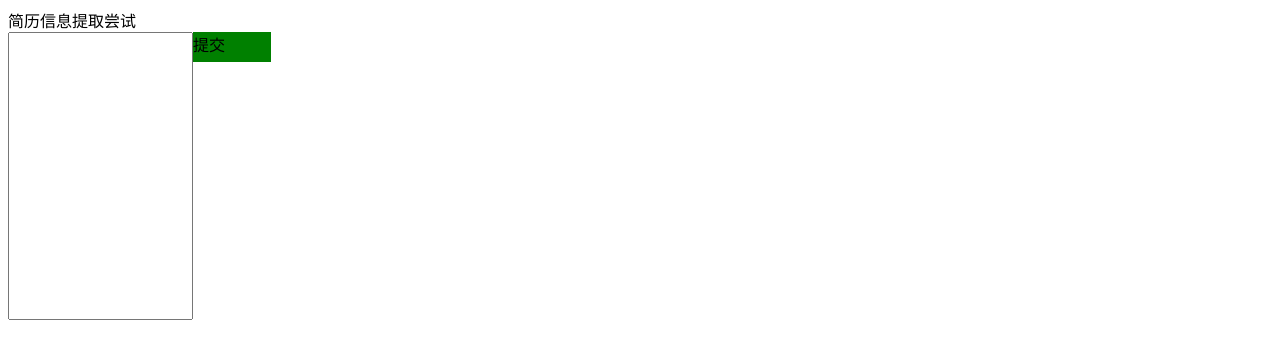
Repository: haohongyang1/cloud-music
Page: /
The author's editor kept a copy of each file at every save. The page is drawn from the files as they stood at one save, then again after the next save.
The browser window is 1280 px wide. The pictures show the whole page.
The project was rebuilt for these pictures with package versions that can differ from the ones it lists, and the page was loaded fresh each time.

Above is the page before, as saved 2023-07-10 14:37:48.

### src/App.js
import { GlobalStyle } from './style';

// import AnswerFromGpt from './components/AnswerFromGpt';
import ResumeInfoExtraction from './components/ResumeInfoExtraction';
function App() {
  return (
    <div className="App">
      <div>简历信息提取尝试</div>
    <ResumeInfoExtraction></ResumeInfoExtraction>
      {/* <div>1</div>
      <AnswerFromGpt></AnswerFromGpt> */}

    </div>
  );
}

export default App;

### src/style.js
import { createGlobalStyle } from 'styled-components';

export const GlobalStyle = createGlobalStyle`
	html, body, div, span, applet, object, iframe,
	h1, h2, h3, h4, h5, h6, p, blockquote, pre,
	a, abbr, acronym, address, big, cite, code,
	del, dfn, em, img, ins, kbd, q, s, samp,
	small, strike, strong, sub, sup, tt, var,
	b, u, i, center,
	dl, dt, dd, ol, ul, li,
	fieldset, form, label, legend,
	table, caption, tbody, tfoot, thead, tr, th, td,
	article, aside, canvas, details, embed,
	figure, figcaption, footer, header, hgroup,
	menu, nav, output, ruby, section, summary,
	time, mark, audio, video {
		margin: 0;
		padding: 0;
		border: 0;
		font-size: 100%;
		font: inherit;
		vertical-align: baseline;
	}
	/* HTML5 display-role reset for older browsers */
	article, aside, details, figcaption, figure,
	footer, header, hgroup, menu, nav, section {
		display: block;
	}
	body {
		line-height: 1;
	}
	html, body {
		background: #f2f3f4;;
	}
	ol, ul {
		list-style: none;
	}
	blockquote, q {
		quotes: none;
	}
	blockquote:before, blockquote:after,
	q:before, q:after {
		content: '';
		content: none;
	}
	table {
		border-collapse: collapse;
		border-spacing: 0;
	}
	a {
		text-decoration: none;
		color: #fff;
	}
`

### src/components/ResumeInfoExtraction/index.js
import React, { useEffect, useRef, useState } from 'react'
// import { getGPT4Stream } from '../../api/request'
import * as css from './style'
import { StreamGpt } from '../../utils/StreamGpt'
import { Typewriter } from '../../utils/Typewriter'
const ResumeInfoExtraction = () => {
    const [text, setText] = useState('')
    const streamingText = useRef('')
    const streaming = useRef(false)
    const [trainInfo,setTrainInfo] = useState('')

    useEffect(() => {
        const typewriter = new Typewriter((str) => {
            streamingText.current += str || ''
            console.log('str==', str, '===textInfo.current===', streamingText.current)
            setText(streamingText.current)
        })
        const fetchGpt = new StreamGpt('XXX', {
            onStart: (prompt) => {
                streaming.current = true
            },
            onCreated: () => {
                typewriter.start()

                console.log("第一个回包执行==onCreated==")
            },
            onPatch: (streamText) => {
                typewriter.add(streamText)
            },
            onDone: () => {
                console.log("结束==onDone=")
                typewriter.done()
                streaming.current = false
                streamingText.current = ''
            }
        })
        // fetchGpt.stream('')
    }, [])
    const onConfirmClick = () => {
        console.log("trainInfo===", trainInfo);
    }
    return <css.Container>
         <input
            value={trainInfo} // ...force the input's value to match the state variable...
            onChange={e => setTrainInfo(e.target.value)} // ... and update the state variable on any edits!
            />
        <css.ConfirmButton onClick={onConfirmClick}>
            提交
        </css.ConfirmButton>
        <css.AnswerInfo></css.AnswerInfo>
    </css.Container>
}
export default ResumeInfoExtraction

### src/components/ResumeInfoExtraction/style.js
import styled from 'styled-components'
export const Container = styled.div`
display:flex;
`
export const AnswerInfo = styled.div`
width: 100vw;
height: 40vh;
`

export const ConfirmButton = styled.div`
width: 100px;
height: 30px;
background-color: green;
`

### src/utils/StreamGpt.ts
export interface GptMsg {
  role: string
  content: string
}
export type GptMsgs = Array<GptMsg>
const parsePack = (str: string) => {
  // 定义正则表达式匹配模式
  const pattern = /data:\s*({.*?})\s*\n/g
  // 定义一个数组来存储所有匹 配到的 JSON 对象
  const result = []
  // 使用正则表达式匹配完整的 JSON 对象并解析它们
  let match
  while ((match = pattern.exec(str)) !== null) {
    const jsonStr = match[1]
    try {
      const json = JSON.parse(jsonStr)
      result.push(json)
    } catch (e) {
      console.log(e)
    }
  }
  // 输出所有解析出的 JSON 对象
  return result
}

export class StreamGpt {
  onStart: (prompt: string) => void
  onCreated: () => void
  onDone: () => void
  onPatch: (text: string) => void
  constructor(
    private key: string,
    options: {
      onStart: (prompt: string) => void
      onCreated: () => void
      onDone: () => void
      onPatch: (text: string) => void
    }
  ) {
    const { onStart, onCreated, onDone, onPatch } = options
    this.onStart = onStart
    this.onCreated = onCreated
    this.onPatch = onPatch
    this.onDone = onDone
  }
  async stream(prompt: string, history: GptMsgs = []) {
    let finish = false
    let count = 0
    // 触发onStart
    this.onStart(prompt)
    // 发起请求
    const res = await this.fetch([
      ...history,
      { role: 'user', content: prompt }
    ])
    if (!res.body) return
    // 从response中获取reader
    const reader = res.body.getReader()
    const decoder: TextDecoder = new TextDecoder()
    // 循环读取内容
    while (!finish) {
      const { done, value } = await reader.read()
      // console.log(value)
      if (done) {
        finish = true
        this.onDone()
        break
      }
      count++
      const jsonArray = parsePack(decoder.decode(value))
      if (count === 1) {
        this.onCreated()
      }
      jsonArray.forEach((json: any) => {
        if (!json.choices || json.choices.length === 0) {
          return
        }
        const text = json.choices[0].delta.content
        this.onPatch(text)
      })
    }
  }
  async fetch(messages: GptMsgs) {
    return await fetch('https://api.openai.com/v1/chat/completions', {
      method: 'POST',
      body: JSON.stringify({
        model: 'gpt-3.5-turbo',
        messages,
        stream: true
      }),
      headers: {
        'Content-Type': 'application/json',
        Authorization: `Bearer ${this.key}`
      }
    })
  }
}

### src/utils/Typewriter.ts
// 打字机队列
export class Typewriter {
  private queue: string[] = []
  private consuming = false
  private timmer: any
  constructor(private onConsume: (str: string) => void) {}
  // 输出速度动态控制
  dynamicSpeed() {
    const speed = 2000 / this.queue.length
    if (speed > 200) {
      return 200
    } else {
      return speed
    }
  }
  // 添加字符串到队列
  add(str: string) {
    if (!str) return
    this.queue.push(...str.split(''))
  }
  // 消费
  consume() {
    if (this.queue.length > 0) {
      const str = this.queue.shift()
      str && this.onConsume(str)
    }
  }
  // 消费下一个
  next() {
    this.consume()
    // 根据队列中字符的数量来设置消耗每一帧的速度，用定时器消耗
    this.timmer = setTimeout(() => {
      this.consume()
      if (this.consuming) {
        this.next()
      }
    }, this.dynamicSpeed())
  }
  // 开始消费队列
  start() {
    this.consuming = true
    this.next()
  }
  // 结束消费队列
  done() {
    this.consuming = false
    clearTimeout(this.timmer)
    // 把queue中剩下的字符一次性消费
    this.onConsume(this.queue.join(''))
    this.queue = []
  }
}

Loaded but not shown: public/index.html (common file); src/index.js (common file)

After the next save:
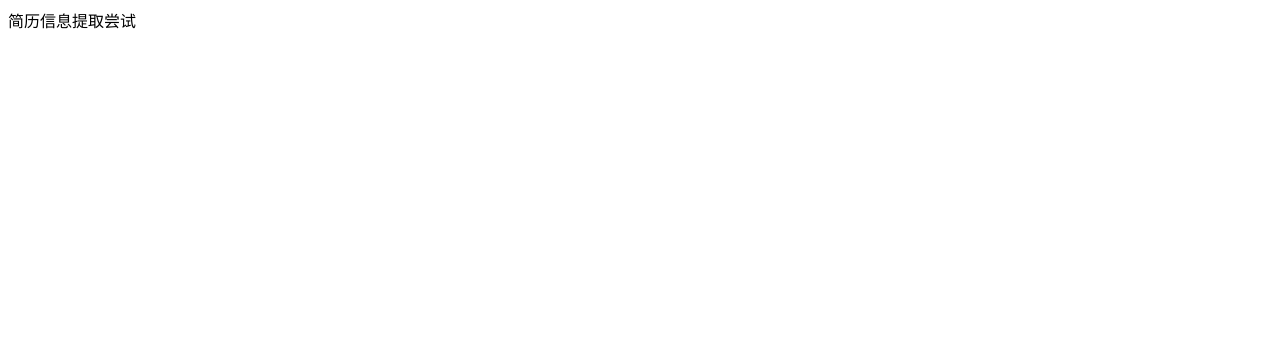
Saved 67 s later.
--- a/src/App.js
+++ b/src/App.js
@@ -1,12 +1,12 @@
 import { GlobalStyle } from './style';
 
 // import AnswerFromGpt from './components/AnswerFromGpt';
-import ResumeInfoExtraction from './components/ResumeInfoExtraction';
+// import ResumeInfoExtraction from './components/ResumeInfoExtraction';
 function App() {
   return (
     <div className="App">
       <div>简历信息提取尝试</div>
-    <ResumeInfoExtraction></ResumeInfoExtraction>
+    {/* <ResumeInfoExtraction></ResumeInfoExtraction>     */}
       {/* <div>1</div>
       <AnswerFromGpt></AnswerFromGpt> */}
 

After the save that followed:
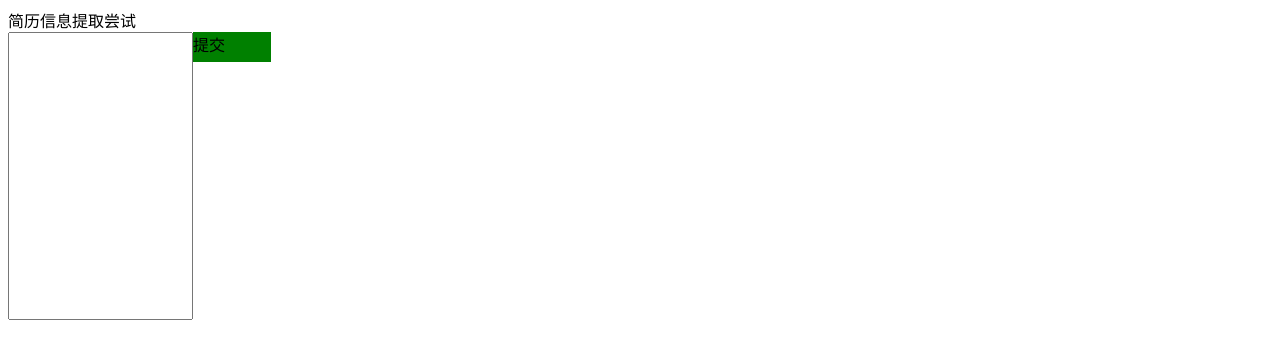
Saved 6 s later.
--- a/src/App.js
+++ b/src/App.js
@@ -1,12 +1,12 @@
 import { GlobalStyle } from './style';
 
 // import AnswerFromGpt from './components/AnswerFromGpt';
-// import ResumeInfoExtraction from './components/ResumeInfoExtraction';
+import ResumeInfoExtraction from './components/ResumeInfoExtraction';
 function App() {
   return (
     <div className="App">
       <div>简历信息提取尝试</div>
-    {/* <ResumeInfoExtraction></ResumeInfoExtraction>     */}
+    <ResumeInfoExtraction></ResumeInfoExtraction>
       {/* <div>1</div>
       <AnswerFromGpt></AnswerFromGpt> */}
 
